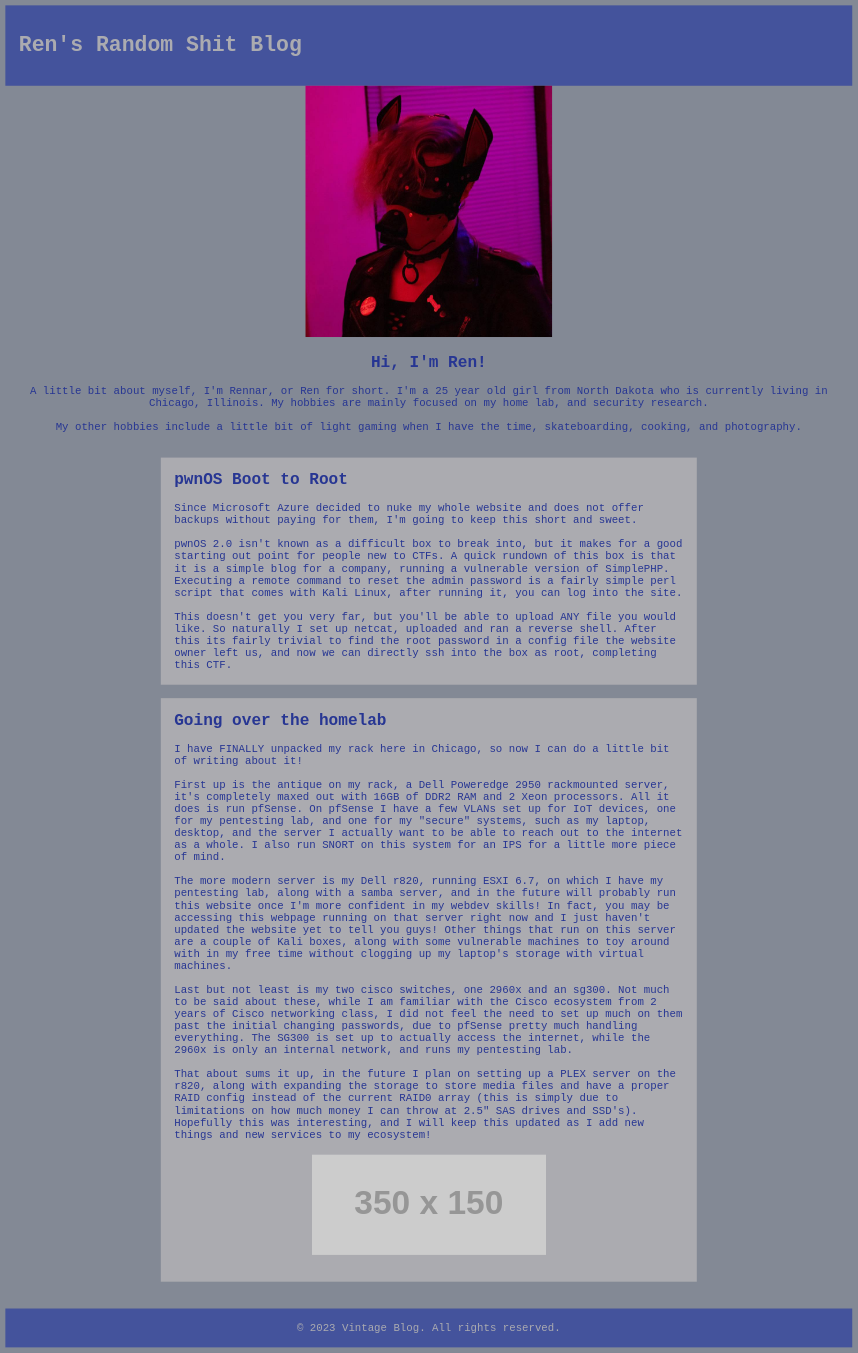
Repository: RennarDeer/RenDev
Page: index.html
An editor plug-in stored every save of this project. The page is shown before and after the next save, followed by the edit.
The browser window is 1280 px wide. The pictures show the whole page, at 67% of full size.

Above is the page before, as saved 2023-02-14 22:22:15.

### index.html
<!DOCTYPE html>
<html>
  <head>
    <title>Rennar's Website</title>
    <link rel="stylesheet" type="text/css" href="style.css">
  </head>
  <body>
    <header>
      <h1>Ren's Random Shit Blog</h1>

    </header>
     <!-- "About" section -->
     <section id="about" class="intro">
        <!--Replace with your own image-->
        <center><img src="renpic.JPG"
            alt="RennarPicture" height=375px;>
        <h2 class="section-title">Hi, I'm Ren!</h2>
        <p>
            A little bit about myself, I'm Rennar, or Ren for short. I'm a 25 year old girl from North Dakota
            who is currently living in Chicago, Illinois. My hobbies are mainly focused on my home lab, and security research.
            <br><br>
            My other hobbies include a little bit of light gaming when I have the time, skateboarding, cooking, and photography.</center>
	</p>
    </section>
    <main>
      <article>
        <h2>pwnOS Boot to Root</h2>

        Since Microsoft Azure decided to nuke my whole website and does not offer backups without
        paying for them, I'm going to keep this short and sweet.

            <br><br>

        pwnOS 2.0 isn't known as a difficult box to break into, but it makes for a good starting out
        point for people new to CTFs. A quick rundown of this box is that it is a simple blog for a
        company, running a vulnerable version of SimplePHP. Executing a remote command to reset
        the admin password is a fairly simple perl script that comes with Kali Linux, after running it,
        you can log into the site.

            <br><br>

        This doesn't get you very far, but you'll be able to upload ANY file
        you would like. So naturally I set up netcat, uploaded and ran a reverse shell. After this its
        fairly trivial to find the root password in a config file the website owner left us, and now
        we can directly ssh into the box as root, completing this CTF.
      </article>
      <article>
        <h2>Going over the homelab</h2>
                        I have FINALLY unpacked my rack here in Chicago, so now I can do a little bit of writing about it!

                            <br><br>


                        First up is the antique on my rack, a Dell Poweredge 2950 rackmounted server, it's completely
                        maxed out with 16GB of DDR2 RAM and 2 Xeon processors. All it does is run pfSense. On pfSense
                        I have a few VLANs set up for IoT devices, one for my pentesting lab, and one for my "secure"
                        systems, such as my laptop, desktop, and the server I actually want to be able to reach out
                        to the internet as a whole. I also run SNORT on this system for an IPS for a little more piece
                        of mind.

                            <br><br>

                        The more modern server is my Dell r820, running ESXI 6.7, on which I have my pentesting lab,
                        along with a samba server, and in the future will probably run this website once I'm more confident
                        in my webdev skills! In fact, you may be accessing this webpage running on that server right now and
                        I just haven't updated the website yet to tell you guys! Other things that run on this server are a
                        couple of Kali boxes, along with some vulnerable machines to toy around with in my free time without
                        clogging up my laptop's storage with virtual machines.

                            <br><br>

                        Last but not least is my two cisco switches, one 2960x and an sg300. Not much to be said about these,
                        while I am familiar with the Cisco ecosystem from 2 years of Cisco networking class, I did not feel
                        the need to set up much on them past the initial changing passwords, due to pfSense pretty much handling
                        everything. The SG300 is set up to actually access the internet, while the 2960x is only an internal
                        network, and runs my pentesting lab.

                            <br><br>

                        That about sums it up, in the future I plan on setting up a PLEX server on the r820, along with expanding
                        the storage to store media files and have a proper RAID config instead of the current RAID0 array (this is
                        simply due to limitations on how much money I can throw at 2.5" SAS drives and SSD's). Hopefully this was
                        interesting, and I will keep this updated as I add new things and new services to my ecosystem!
        <img src="https://via.placeholder.com/350x150" alt="Blog Post Image">
      </article>
    </main>
    <footer>
      &copy; 2023 Vintage Blog. All rights reserved.
    </footer>
  </body>
</html>

### style.css
body {
    background-color: #838995;
    color: #273693;
    font-family: "Courier New", Courier, monospace;
    font-size: 16px;
  }

  header {
    background-color: #44539c;
    color: #ababb0;
    padding: 20px;
    display: flex;
    justify-content: space-between;
    align-items: center;
  }

  nav ul {
    list-style: none;
    margin: 0;
    padding: 0;
    display: flex;
  }

  nav ul li {
    margin: 0 10px;
  }

  nav ul li a {
    color: #ababb0;
    text-decoration: none;
  }

  main {
    max-width: 800px;
    margin: 0 auto;
    padding: 20px;
  }

  article {
    background-color: #ababb0;
    padding: 20px;
    margin-bottom: 20px;
  }

  article h2 {
    color: #273693;
    font-size: 24px;
    margin-top: 0;
  }

  article img {
    display: block;
    margin: 20px auto;
  }

  footer {
    background-color: #44539c;
    color: #ababb0;
    padding: 20px;
    text-align: center;
  }

After the next save:
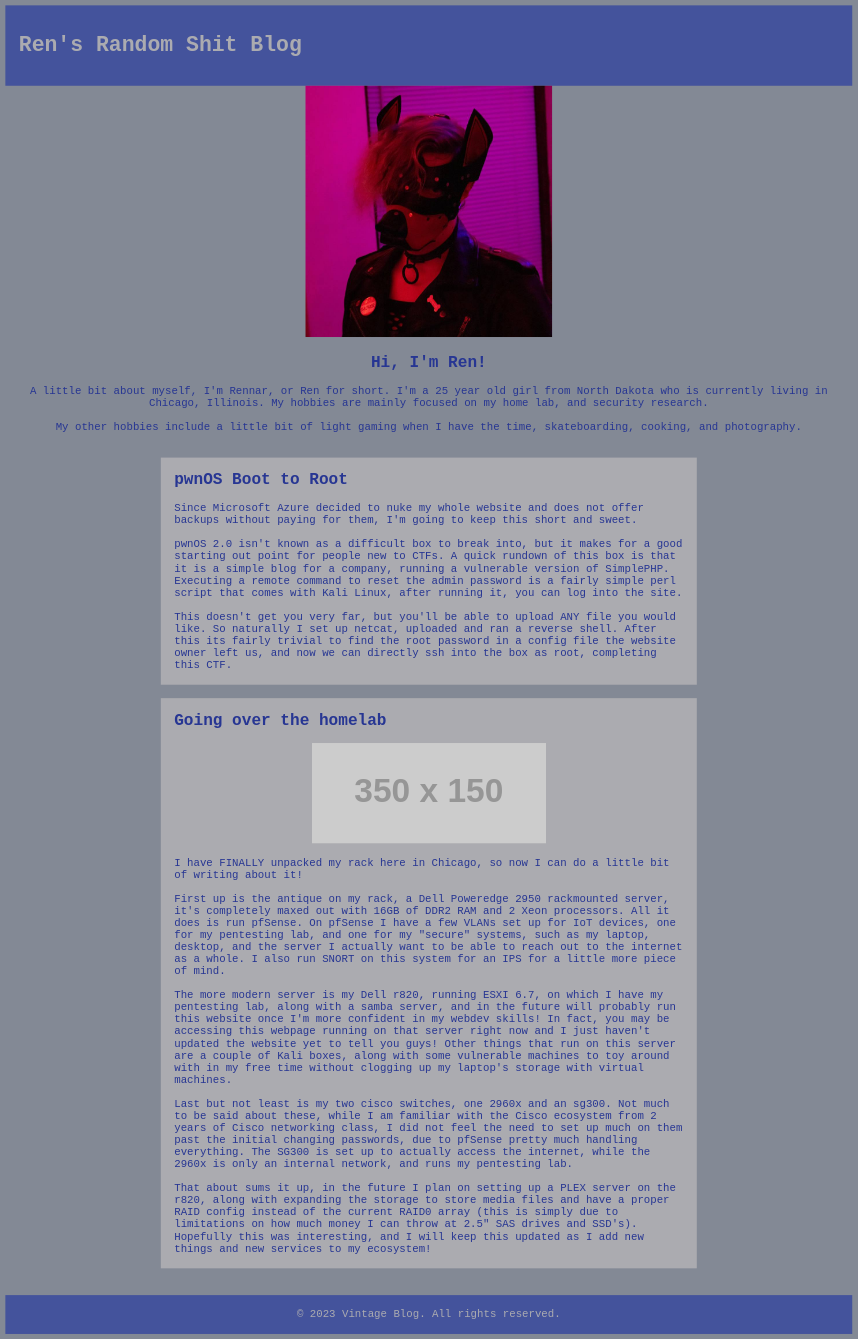
Saved 2 min 25 s later.
--- a/index.html
+++ b/index.html
@@ -46,6 +46,8 @@
       </article>
       <article>
         <h2>Going over the homelab</h2>
+                        <img src="https://via.placeholder.com/350x150" alt="Blog Post Image">
+
                         I have FINALLY unpacked my rack here in Chicago, so now I can do a little bit of writing about it!
 
                             <br><br>
@@ -81,7 +83,7 @@
                         the storage to store media files and have a proper RAID config instead of the current RAID0 array (this is
                         simply due to limitations on how much money I can throw at 2.5" SAS drives and SSD's). Hopefully this was
                         interesting, and I will keep this updated as I add new things and new services to my ecosystem!
-        <img src="https://via.placeholder.com/350x150" alt="Blog Post Image">
+
       </article>
     </main>
     <footer>
